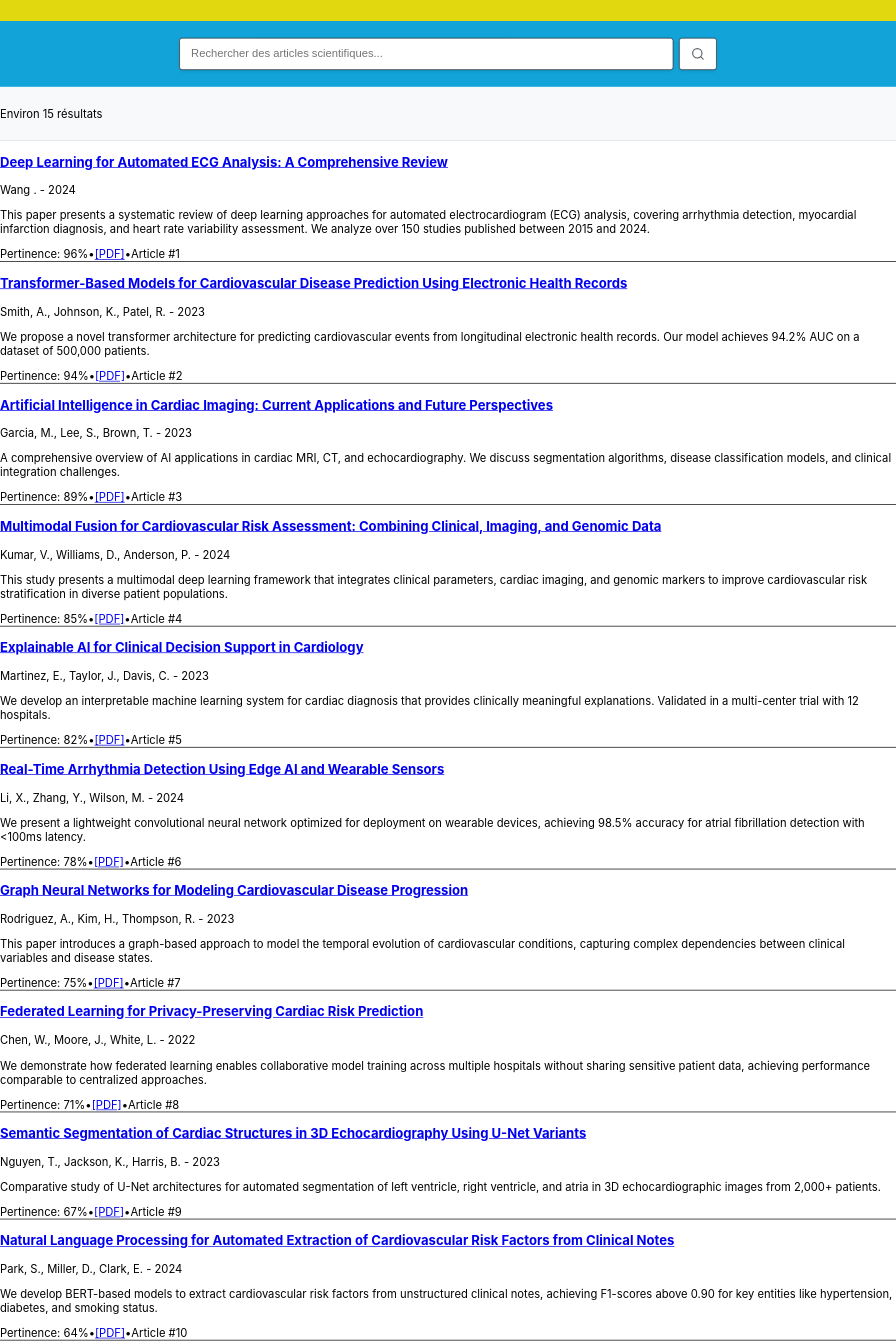
Repository: elh33/SemanticSciSearch
Page: / (app in frontend/)
The author's editor kept a copy of each file at every save. The page is drawn from the files as they stood at one save, then again after the next save.
The browser window is 1280 px wide. The pictures show the part of the page from y = 0 to 1920 px (the page is 2724 px tall before and 2203 px after), at 70% of full size.
The project was rebuilt for these pictures with package versions that can differ from the ones it lists, and the page was loaded fresh each time.

Above is the page before, as saved 2025-11-22 00:21:13.

### frontend/index.html
<!DOCTYPE html>
<html lang="en">
  <head>
    <meta charset="UTF-8" />
    <meta name="viewport" content="width=device-width, initial-scale=1.0" />
    <title>SemanticSciSearch</title>
  </head>
  <body>
    <div id="root"></div>
    <script type="module" src="/src/index.tsx"></script>
  </body>
</html>

### frontend/src/index.tsx
import React from 'react';
import ReactDOM from 'react-dom';
import App from './App';
import './index.css';

ReactDOM.render(
  <React.StrictMode>
    <App />
  </React.StrictMode>,
  document.getElementById('root')
);

### frontend/src/App.tsx
import React from 'react';
// Importe le composant de recherche principal
import SearchResults from './components/SearchResults';

// Le composant App.tsx est le conteneur principal de l'application.
function App() {
  return (
    // Utilisation d'un fragment React (<>...</>) ou d'un <div> si tu as des styles globaux
    <>
      {/* Le composant SearchResults contient maintenant :
        - Le titre et le sous-titre de l'application.
        - La barre de recherche.
        - L'orchestration de la logique (appels à api.ts).
        - L'affichage de la liste des ArticleCard.
      */}
      <SearchResults />
    </>
  );
}

export default App;

### frontend/src/components/SearchResults.tsx
import React, { useState, useEffect } from 'react';
import { Article } from '../types';
import { searchArticles } from '../services/api';
import ArticleCard from './ArticleCard';

const SearchResults: React.FC = () => {
  const [query, setQuery] = useState('');
  const [searchedQuery, setSearchedQuery] = useState('');
  const [results, setResults] = useState<Article[]>([]);
  const [isLoading, setIsLoading] = useState(false);
  const [hasSearched, setHasSearched] = useState(false);

  const handleSearch = async (searchQuery: string = query) => {
    setIsLoading(true);
    setHasSearched(true);
    setSearchedQuery(searchQuery);

    try {
      const data = await searchArticles(searchQuery);
      const sortedData = [...data].sort((a, b) => b.score - a.score);
      setResults(sortedData);
    } catch (error) {
      console.error("Erreur lors de la recherche:", error);
      setResults([]);
    } finally {
      setIsLoading(false);
    }
  };

  useEffect(() => {
    handleSearch('');
  }, []);

  const handleSubmit = (e: React.FormEvent) => {
    e.preventDefault();
    handleSearch();
  };

  return (
    <div className="min-h-screen bg-white">
      {/* BARRE JAUNE EN HAUT */}
      <div style={{ backgroundColor: '#e2d810', height: '30px' }} className="w-full"></div>

      {/* En-tête avec fond bleu - CENTRAGE SIMPLE */}
      <div style={{ backgroundColor: '#12a4d9' }} className="w-full sticky top-0 z-10 shadow-lg">
        <div style={{ display: 'flex', justifyContent: 'center', alignItems: 'center', padding: '24px 16px' }}>
          <form onSubmit={handleSubmit} style={{ display: 'flex', gap: '8px', width: '100%', maxWidth: '768px' }}>
            {/* Input de recherche */}
            <input
              type="text"
              value={query}
              onChange={(e) => setQuery(e.target.value)}
              placeholder="Rechercher des articles scientifiques..."
              style={{
                flex: 1,
                padding: '12px 16px',
                fontSize: '16px',
                backgroundColor: 'white',
                borderRadius: '4px',
                boxShadow: '0 2px 5px rgba(0,0,0,0.1)',
                border: '1px solid #322e2f',
                outline: 'none'
              }}
            />

            {/* Bouton de recherche avec icône loupe */}
            <button
              type="submit"
              style={{
                padding: '12px 16px',
                backgroundColor: 'white',
                border: '1px solid #322e2f',
                borderRadius: '4px',
                cursor: 'pointer',
                boxShadow: '0 2px 5px rgba(0,0,0,0.1)',
                display: 'flex',
                alignItems: 'center',
                justifyContent: 'center'
              }}
              onMouseEnter={(e) => e.currentTarget.style.backgroundColor = '#f8f9fa'}
              onMouseLeave={(e) => e.currentTarget.style.backgroundColor = 'white'}
            >
              <svg
                width="20"
                height="20"
                viewBox="0 0 24 24"
                fill="none"
                stroke="#5f6368"
                strokeWidth="2"
                strokeLinecap="round"
                strokeLinejoin="round"
              >
                <circle cx="11" cy="11" r="8"></circle>
                <path d="m21 21-4.35-4.35"></path>
              </svg>
            </button>
          </form>
        </div>
      </div>

      {/* BARRE DE SÉPARATION avec nombre de résultats */}
      {hasSearched && !isLoading && (
        <div style={{
          borderBottom: '1px solid #dfe1e5',
          backgroundColor: '#f8f9fa',
          padding: '12px 0'
        }}>
          <div className="max-w-5xl mx-auto px-4">
            <p className="text-sm text-gray-600">
              Environ {results.length} résultat{results.length !== 1 ? 's' : ''}
              {searchedQuery && ` pour "${searchedQuery}"`}
            </p>
          </div>
        </div>
      )}

      {/* Contenu principal */}
      <div className="max-w-5xl mx-auto px-4 py-6">
        {isLoading && (
          <div className="flex items-center justify-center py-12">
            <div className="flex flex-col items-center gap-3">
              <div className="animate-spin rounded-full h-8 w-8 border-b-2 border-blue-600"></div>
              <p className="text-gray-600">Recherche en cours...</p>
            </div>
          </div>
        )}

        {!isLoading && (
          <div className="bg-white">
            {results.length > 0 ? (
              results.map((article) => (
                <ArticleCard key={article.id} article={article} />
              ))
            ) : (
              hasSearched && (
                <div className="text-center py-12">
                  <p className="text-gray-600 text-lg">
                    Aucun résultat trouvé{searchedQuery && ` pour "${searchedQuery}"`}
                  </p>
                  <p className="text-gray-500 text-sm mt-2">
                    Essayez avec d'autres mots-clés
                  </p>
                </div>
              )
            )}
          </div>
        )}
      </div>

      {/* Footer */}
      <footer className="mt-12 border-t border-gray-200 bg-gray-50">
        <div className="max-w-5xl mx-auto px-4 py-6 text-center text-sm text-gray-500">
          SemanticSciSearch - Recherche sémantique d'articles scientifiques en IA et Cardiologie
        </div>
      </footer>
    </div>
  );
};

export default SearchResults;

### frontend/src/services/api.ts
import { Article } from '../types';
import { MOCK_RESULTS } from '../data/mockData';
import axios from 'axios';

// 💡 INTERRUPTEUR : Passez à 'false' (ou commentez/supprimez) cette ligne
// UNIQUEMENT lorsque le Back-End FastAPI est prêt.
const USE_MOCK_DATA = true;

// URL de base lue depuis le .env pour le mode production
// Le .env doit contenir VITE_API_URL=http://localhost:8000
const API_BASE_URL = 'http://localhost:8000';

/**
 * Fonction principale de recherche d'articles.
 * Elle utilise soit les données mockées, soit l'API réelle.
 * @param query Le texte de la requête de l'utilisateur.
 * @returns Une promesse qui résout vers un tableau d'articles.
 */
export const searchArticles = async (query: string): Promise<Article[]> => {
  if (USE_MOCK_DATA) {
    // --- MODE MOCKÉ ---
    console.log(`[MOCK] Simulation de recherche pour: "${query}"`);

    // 1. Simuler le délai réseau (500ms) pour une meilleure expérience utilisateur
    await new Promise(resolve => setTimeout(resolve, 500));

    // 2. Simuler un filtre simple (recherche du mot-clé dans le titre)
    // S'il n'y a pas de requête (query vide), on renvoie tout.
    const lowerCaseQuery = query.toLowerCase();

    return MOCK_RESULTS.filter(article =>
        article.title.toLowerCase().includes(lowerCaseQuery) || lowerCaseQuery.length === 0
    );

  } else {
    // --- MODE PRODUCTION (Axios) ---
    console.log(`[AXIOS] Requête réelle vers: ${API_BASE_URL}/search pour: "${query}"`);

    try {
      // 1. Envoi de la requête POST à FastAPI
      const response = await axios.post(`${API_BASE_URL}/search`, { query });

      // 2. Retourne les données (TypeScript vérifie que c'est un tableau d'Articles)
      return response.data as Article[];

    } catch (error) {
      console.error("Erreur lors de l'appel à l'API de recherche:", error);
      // En cas d'échec de l'API, on renvoie un tableau vide
      return [];
    }
  }
};

### frontend/src/components/ArticleCard.tsx
import React from 'react';
import { Article } from '../types';

interface ArticleCardProps {
  article: Article;
}

const ArticleCard: React.FC<ArticleCardProps> = ({ article }) => {
  const scorePercent = (article.score * 100).toFixed(0);

  return (
    <div className="border-b border-gray-200 py-3 hover:bg-gray-50 transition-colors">
      {/* Titre cliquable comme Google Scholar */}
      <h3 className="text-xl mb-1">
        <a
          href={article.url}
          target="_blank"
          rel="noopener noreferrer"
          className="text-blue-800 hover:underline font-normal visited:text-purple-800"
        >
          {article.title}
        </a>
      </h3>

      {/* Auteurs et année */}
      <p className="text-sm text-gray-600 mb-2">
        {article.authors} - <span className="font-medium">{article.year}</span>
      </p>

      {/* Résumé */}
      <p className="text-sm text-gray-700 leading-relaxed mb-2">
        {article.abstract}
      </p>

      {/* Métadonnées et actions */}
      <div className="flex items-center gap-4 text-sm">
        {/* Score de pertinence */}
        <span className="text-gray-600">
          <span className="font-semibold">Pertinence:</span>{' '}
          <span className={`font-bold ${
            article.score > 0.8 ? 'text-green-600' :
            article.score > 0.5 ? 'text-yellow-600' :
            'text-gray-500'
          }`}>
            {scorePercent}%
          </span>
        </span>

        {/* Séparateur */}
        <span className="text-gray-400">•</span>

        {/* Lien PDF */}
        <a
          href={article.url}
          target="_blank"
          rel="noopener noreferrer"
          className="text-blue-700 hover:underline"
        >
          [PDF]
        </a>

        {/* Séparateur */}
        <span className="text-gray-400">•</span>

        {/* ID de l'article */}
        <span className="text-gray-400 text-xs">
          Article #{article.id}
        </span>
      </div>
    </div>
  );
};

export default ArticleCard;

### frontend/src/data/mockData.ts
import { Article } from '../types';

export const MOCK_RESULTS: Article[] = [
  {
    id: '1',
    title: 'Deep Learning for Automated ECG Analysis: A Comprehensive Review',
    abstract: "This paper presents a systematic review of deep learning approaches for automated electrocardiogram (ECG) analysis, covering arrhythmia detection, myocardial infarction diagnosis, and heart rate variability assessment. We analyze over 150 studies published between 2015 and 2024.",
    authors: "Wang .",
    year: 2024,
    score: 0.96,
    url: 'https://arxiv.org/pdf/2301.04634'
  },
  {
    id: '2',
    title: 'Transformer-Based Models for Cardiovascular Disease Prediction Using Electronic Health Records',
    abstract: "We propose a novel transformer architecture for predicting cardiovascular events from longitudinal electronic health records. Our model achieves 94.2% AUC on a dataset of 500,000 patients.",
    authors: "Smith, A., Johnson, K., Patel, R.",
    year: 2023,
    score: 0.94,
    url: 'https://arxiv.org/pdf/2305.12987'
  },
  {
    id: '3',
    title: 'Artificial Intelligence in Cardiac Imaging: Current Applications and Future Perspectives',
    abstract: "A comprehensive overview of AI applications in cardiac MRI, CT, and echocardiography. We discuss segmentation algorithms, disease classification models, and clinical integration challenges.",
    authors: "Garcia, M., Lee, S., Brown, T.",
    year: 2023,
    score: 0.89,
    url: 'https://arxiv.org/pdf/2203.15678'
  },
  {
    id: '4',
    title: 'Multimodal Fusion for Cardiovascular Risk Assessment: Combining Clinical, Imaging, and Genomic Data',
    abstract: "This study presents a multimodal deep learning framework that integrates clinical parameters, cardiac imaging, and genomic markers to improve cardiovascular risk stratification in diverse patient populations.",
    authors: "Kumar, V., Williams, D., Anderson, P.",
    year: 2024,
    score: 0.85,
    url: '/documents/multimodal-cardio-risk.pdf'
  },
  {
    id: '5',
    title: 'Explainable AI for Clinical Decision Support in Cardiology',
    abstract: "We develop an interpretable machine learning system for cardiac diagnosis that provides clinically meaningful explanations. Validated in a multi-center trial with 12 hospitals.",
    authors: "Martinez, E., Taylor, J., Davis, C.",
    year: 2023,
    score: 0.82,
    url: 'https://arxiv.org/pdf/2511.13703.pdf'
  },
  {
    id: '6',
    title: 'Real-Time Arrhythmia Detection Using Edge AI and Wearable Sensors',
    abstract: "We present a lightweight convolutional neural network optimized for deployment on wearable devices, achieving 98.5% accuracy for atrial fibrillation detection with <100ms latency.",
    authors: "Li, X., Zhang, Y., Wilson, M.",
    year: 2024,
    score: 0.78,
    url: '/documents/edge-ai-arrhythmia.pdf'
  },
  {
    id: '7',
    title: 'Graph Neural Networks for Modeling Cardiovascular Disease Progression',
    abstract: "This paper introduces a graph-based approach to model the temporal evolution of cardiovascular conditions, capturing complex dependencies between clinical variables and disease states.",
    authors: "Rodriguez, A., Kim, H., Thompson, R.",
    year: 2023,
    score: 0.75,
    url: 'https://arxiv.org/pdf/2204.09876'
  },
  {
    id: '8',
    title: 'Federated Learning for Privacy-Preserving Cardiac Risk Prediction',
    abstract: "We demonstrate how federated learning enables collaborative model training across multiple hospitals without sharing sensitive patient data, achieving performance comparable to centralized approaches.",
    authors: "Chen, W., Moore, J., White, L.",
    year: 2022,
    score: 0.71,
    url: '/documents/federated-cardiac.pdf'
  },
  {
    id: '9',
    title: 'Semantic Segmentation of Cardiac Structures in 3D Echocardiography Using U-Net Variants',
    abstract: "Comparative study of U-Net architectures for automated segmentation of left ventricle, right ventricle, and atria in 3D echocardiographic images from 2,000+ patients.",
    authors: "Nguyen, T., Jackson, K., Harris, B.",
    year: 2023,
    score: 0.67,
    url: '/documents/3d-echo-segmentation.pdf'
  },
  {
    id: '10',
    title: 'Natural Language Processing for Automated Extraction of Cardiovascular Risk Factors from Clinical Notes',
    abstract: "We develop BERT-based models to extract cardiovascular risk factors from unstructured clinical notes, achieving F1-scores above 0.90 for key entities like hypertension, diabetes, and smoking status.",
    authors: "Park, S., Miller, D., Clark, E.",
    year: 2024,
    score: 0.64,
    url: 'https://arxiv.org/pdf/2302.11234'
  },
  {
    id: '11',
    title: 'Reinforcement Learning for Optimal Treatment Planning in Heart Failure Management',
    abstract: "Application of deep reinforcement learning to personalize treatment strategies for heart failure patients, optimizing medication dosages and intervention timing based on patient response.",
    authors: "Ahmed, R., Lewis, G., Young, N.",
    year: 2022,
    score: 0.58,
    url: '/documents/rl-heart-failure.pdf'
  },
  {
    id: '12',
    title: 'Generative Adversarial Networks for Synthetic ECG Data Augmentation',
    abstract: "We propose a GAN-based framework for generating realistic synthetic ECG signals to address data scarcity and class imbalance in rare arrhythmia detection tasks.",
    authors: "Hoffman, P., Scott, A., King, V.",
    year: 2023,
    score: 0.52,
    url: '/documents/gan-ecg-augmentation.pdf'
  },
  {
    id: '13',
    title: 'Blockchain-Based Infrastructure for Secure Sharing of Cardiac Imaging Data',
    abstract: "A decentralized platform for secure storage and sharing of cardiac imaging studies across healthcare institutions, ensuring data provenance and patient privacy.",
    authors: "Green, T., Adams, F., Wright, M.",
    year: 2022,
    score: 0.45,
    url: '/documents/blockchain-cardiac-imaging.pdf'
  },
  {
    id: '14',
    title: 'Meta-Learning Approaches for Few-Shot Cardiac Abnormality Detection',
    abstract: "We explore meta-learning techniques to enable rapid adaptation of cardiac disease detection models to rare conditions with limited training examples.",
    authors: "Baker, L., Turner, S., Phillips, O.",
    year: 2023,
    score: 0.38,
    url: '/documents/meta-learning-cardiac.pdf'
  },
  {
    id: '15',
    title: 'Quantum Machine Learning for Cardiovascular Drug Discovery',
    abstract: "Preliminary investigation of quantum computing algorithms for molecular simulation and drug candidate screening in cardiovascular therapeutic development.",
    authors: "Collins, R., Morris, J., Cooper, W.",
    year: 2024,
    score: 0.22,
    url: '/documents/quantum-ml-cardio.pdf'
  }
];

Loaded but not shown: frontend/src/index.css (common file)

After the next save:
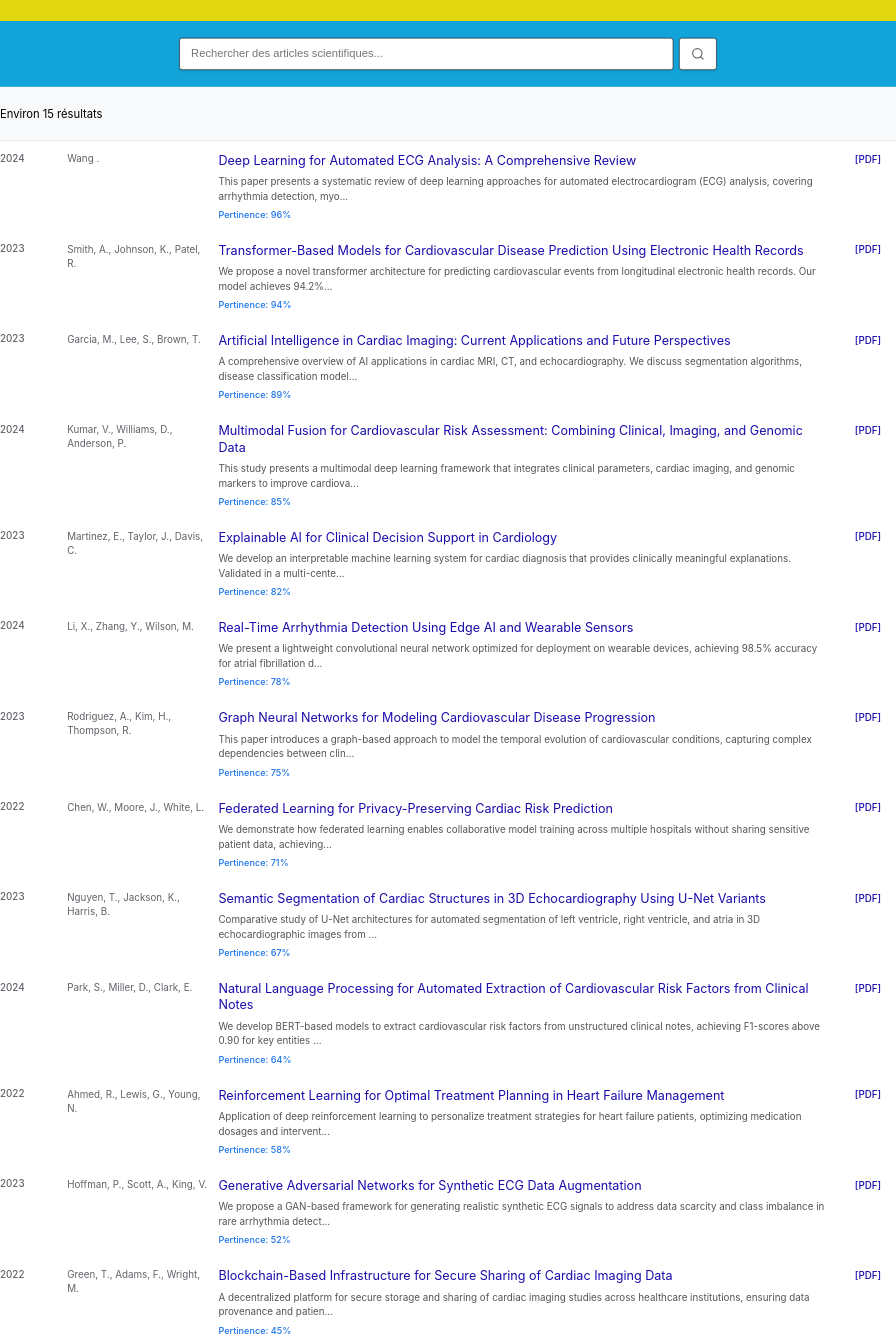
Saved 16 min 2 s later.
--- a/frontend/src/components/ArticleCard.tsx
+++ b/frontend/src/components/ArticleCard.tsx
@@ -8,64 +8,95 @@ interface ArticleCardProps {
 const ArticleCard: React.FC<ArticleCardProps> = ({ article }) => {
   const scorePercent = (article.score * 100).toFixed(0);
 
+  // Tronquer l'abstract aux 2 premières lignes (environ 150 caractères)
+  const truncatedAbstract = article.abstract.length > 150
+    ? article.abstract.substring(0, 150) + '...'
+    : article.abstract;
+
   return (
-    <div className="border-b border-gray-200 py-3 hover:bg-gray-50 transition-colors">
-      {/* Titre cliquable comme Google Scholar */}
-      <h3 className="text-xl mb-1">
+    <div style={{
+      display: 'grid',
+      gridTemplateColumns: '80px 200px 1fr 80px',
+      gap: '16px',
+      padding: '16px 0',
+      alignItems: 'start'
+    }}>
+      {/* Colonne 1: Année */}
+      <div style={{
+        fontSize: '14px',
+        color: '#5f6368',
+        fontWeight: '500'
+      }}>
+        {article.year}
+      </div>
+
+      {/* Colonne 2: Auteurs */}
+      <div style={{
+        fontSize: '14px',
+        color: '#5f6368',
+        lineHeight: '1.4'
+      }}>
+        {article.authors}
+      </div>
+
+      {/* Colonne 3: Article (Titre + Abstract + Pertinence) */}
+      <div>
+        {/* Titre cliquable en bleu */}
+        <h3 style={{ margin: '0 0 8px 0' }}>
+          <a
+            href={article.url}
+            target="_blank"
+            rel="noopener noreferrer"
+            style={{
+              color: '#1a0dab',
+              fontSize: '18px',
+              textDecoration: 'none',
+              fontWeight: '400'
+            }}
+            onMouseEnter={(e) => e.currentTarget.style.textDecoration = 'underline'}
+            onMouseLeave={(e) => e.currentTarget.style.textDecoration = 'none'}
+          >
+            {article.title}
+          </a>
+        </h3>
+
+        {/* Abstract tronqué */}
+        <p style={{
+          margin: '0 0 8px 0',
+          fontSize: '14px',
+          color: '#545454',
+          lineHeight: '1.5'
+        }}>
+          {truncatedAbstract}
+        </p>
+
+        {/* Pertinence en bleu */}
+        <div style={{
+          fontSize: '13px',
+          color: '#1a73e8',
+          fontWeight: '500'
+        }}>
+          Pertinence: {scorePercent}%
+        </div>
+      </div>
+
+      {/* Colonne 4: Lien PDF */}
+      <div style={{ textAlign: 'center' }}>
         <a
           href={article.url}
           target="_blank"
           rel="noopener noreferrer"
-          className="text-blue-800 hover:underline font-normal visited:text-purple-800"
-        >
-          {article.title}
-        </a>
-      </h3>
-
-      {/* Auteurs et année */}
-      <p className="text-sm text-gray-600 mb-2">
-        {article.authors} - <span className="font-medium">{article.year}</span>
-      </p>
-
-      {/* Résumé */}
-      <p className="text-sm text-gray-700 leading-relaxed mb-2">
-        {article.abstract}
-      </p>
-
-      {/* Métadonnées et actions */}
-      <div className="flex items-center gap-4 text-sm">
-        {/* Score de pertinence */}
-        <span className="text-gray-600">
-          <span className="font-semibold">Pertinence:</span>{' '}
-          <span className={`font-bold ${
-            article.score > 0.8 ? 'text-green-600' :
-            article.score > 0.5 ? 'text-yellow-600' :
-            'text-gray-500'
-          }`}>
-            {scorePercent}%
-          </span>
-        </span>
-
-        {/* Séparateur */}
-        <span className="text-gray-400">•</span>
-
-        {/* Lien PDF */}
-        <a
-          href={article.url}
-          target="_blank"
-          rel="noopener noreferrer"
-          className="text-blue-700 hover:underline"
+          style={{
+            color: '#1a0dab',
+            fontSize: '14px',
+            textDecoration: 'none',
+            fontWeight: '500'
+          }}
+          onMouseEnter={(e) => e.currentTarget.style.textDecoration = 'underline'}
+          onMouseLeave={(e) => e.currentTarget.style.textDecoration = 'none'}
         >
           [PDF]
         </a>
-
-        {/* Séparateur */}
-        <span className="text-gray-400">•</span>
-
-        {/* ID de l'article */}
-        <span className="text-gray-400 text-xs">
-          Article #{article.id}
-        </span>
       </div>
     </div>
   );
